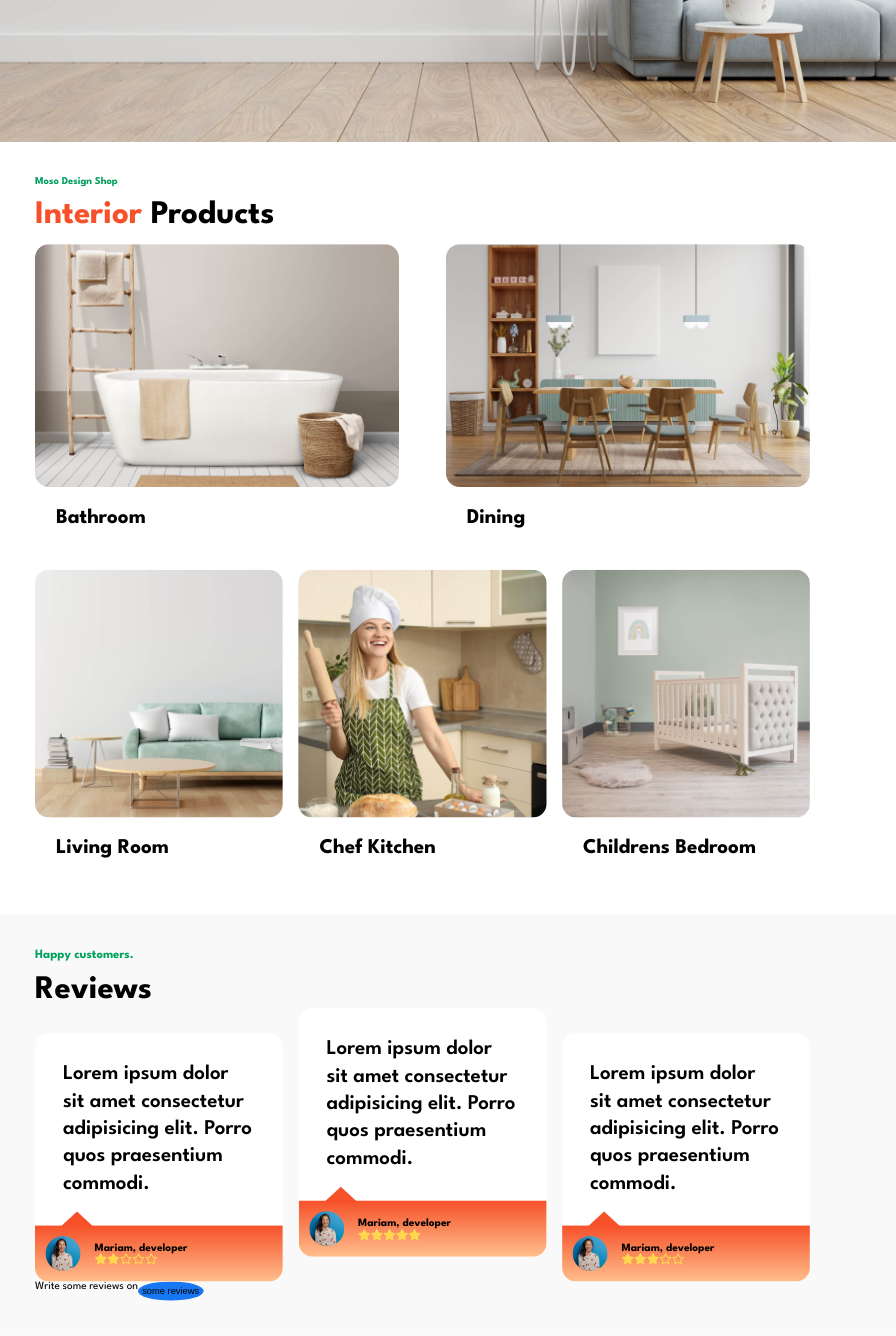
Repository: mariamnabil23/furniture
Page: index.html
These files come from the project's save history. The page is drawn as it stood at one moment and after the next save; the edit follows.
The browser window is 1280 px wide. The pictures show the part of the page from y = 1817 to 3737 px (the page is 3725 px tall before and 3737 px after), at 70% of full size.
Some web fonts or font styles are not loaded; a fallback is used.

Above is the page before, as saved 2024-10-31 10:07:43.

### index.html
<!DOCTYPE html>
<html lang="en">

<head>
    <meta charset="UTF-8">
    <meta name="viewport" content="width=device-width, initial-scale=1.0">
    <title>Furnture</title>

    <!-- font awesome -->
    <link rel="stylesheet" href="https://cdnjs.cloudflare.com/ajax/libs/font-awesome/6.0.0-beta3/css/all.min.css">

    <!-- google font -->
    <link rel="preconnect" href="https://fonts.googleapis.com">
    <link rel="preconnect" href="https://fonts.gstatic.com" crossorigin>
    <link
        href="https://fonts.googleapis.com/css2?family=Anton&family=DM+Sans:ital,opsz,wght@0,9..40,100..1000;1,9..40,100..1000&family=Inter:wght@100..900&family=Karla:ital,wght@0,200..800;1,200..800&family=League+Spartan:wght@100..900&family=Montserrat:ital,wght@0,100..900;1,100..900&family=Nunito:ital,wght@0,200..1000;1,200..1000&family=Playwrite+GB+S:ital,wght@0,100..400;1,100..400&family=Saira+Semi+Condensed:wght@100;200;300;400;500;600;700;800;900&family=Sorts+Mill+Goudy:ital@0;1&family=Tajawal:wght@200;300;400;500;700;800;900&family=Work+Sans:ital,wght@0,100..900;1,100..900&family=Yellowtail&family=Zen+Dots&display=swap"
        rel="stylesheet">


    <link rel="stylesheet" href="style.css">
</head>

<body>
    <div class="container">

        <!-- header section -->
        <section class="header">
            <div class="navbar">
                <div class="left">
                    <h2> <span class="y">Moso</span> Inter<span class="g">ior</span></h2>
                </div>
                <div class="right">
                    <ul>
                        <li><a href="#">Home</a></li>
                        <li><a href="#">About</a></li>
                        <li><a href="#">Shop</a></li>
                        <li><a href="#">Reviews</a></li>
                        <li><a href="#">Contact</a></li>
                    </ul>
                </div>
            </div>
        </section>

        <!-- home section -->
        <section class="home">
            <div class="content">
                <div class="top">
                    <h5>Welcome to Moso Interior</h5>
                    <i class="fas fa-home"></i>
                </div>
                <div class="middle">
                    <h1>Decorate a beautiful <br> interior for your space</h1>
                </div>
                <div class="bottom">
                    <div class="l">
                        <label>Product</label>
                        <input placeholder="bathroom, livin">
                    </div>
                    <div class="r">
                        <label>Product</label>
                        <input placeholder="bathroom, livin">
                    </div>
                    <div class="btn">
                        <button>Search</button>
                    </div>
                    <div class="down"><i class="fas fa-arrow"></i></div>
                </div>
            </div>
        </section>

        <!-- about section -->
        <section class="about">
            <div class="content">
                <div class="left">
                    <h5>Our Story</h5>
                    <h1>Introducing <span>Moso</span></h1>
                    <h2>Since 1986, We crafted <br> interior products for better <br> spaces</h2>
                    <p>Moso Interior is a free Bootstrap 5 HTML CSS template for your website. Tooplate is one of the
                        best websites to download 100% free HTML Templates for web designers and developers around the
                        world. Thank you for visiting.</p>
                </div>
                <div class="middle">
                    <img src="/images/about1.jpg">
                </div>
                <div class="right">
                    <img src="/images/about2.jpg">
                </div>
            </div>
        </section>

        <!-- open section -->
        <section class="open">
            <div class="content">
                <h1>Opening Hours</h1>
                <div class="box">
                    <i class="fa-regular fa-clock"></i>
                    <div class="hours">
                        <div><span class="day">Mon - Friday ~</span> <span class="clock">8:00 AM - 6:00 PM</span></div>
                        <div class="s"><span class="day">Saturday ~</span> <span class="clock">10:00 AM - 10:00 PM</span></div>
                        <div><span class="day">Sunday ~ Closed</span></div>
                    </div>
                </div>
            </div>
        </section>

        <!-- products section -->
        <section class="products">
            <div class="content">
                <div class="top">
                    <h5>Moso Design Shop</h5>
                    <h2> <span class="r">Interior</span> Products</h2>
                </div>
                <div class="box-two">
                    <div class="b1">
                        <img src="/images/p1.jpg" >
                        <h3>Bathroom</h3>
                    </div>
                    <div class="b2">
                        <img src="/images/p2.jpg" >
                        <h3>Dining</h3>
                    </div>
                </div>
                <div class="box-three">
                    <div class="b3">
                        <img src="/images/p3.jpg" >
                        <h3>Living Room</h3>
                    </div>
                    <div class="b4">
                        <img src="/images/p4.jpg" >
                        <h3>Chef Kitchen</h3>
                    </div>
                    <div class="b5">
                        <img src="/images/p5.jpg" >
                        <h3>Childrens Bedroom</h3>
                    </div>
                </div>
            </div>
        </section>

        <!-- reviews section -->
        <section class="reviews">
            <div class="content">
                <div class="top">
                    <h5>Happy customers.</h5>
                    <h2>Reviews</h2>
                </div>
                <div class="container">
                    <div class="box">
                        <h2>Lorem ipsum dolor sit amet consectetur adipisicing elit. Porro quos praesentium commodi.</h2>
                        <div class="btm">
                            <img src="/images/person1.jpg" >
                            <div class="rating">
                                <h4>Mariam, developer</h4>
                                <div class="stars">
                                    <i class="fa-solid fa-star"></i>
                                    <i class="fa-solid fa-star"></i>
                                    <i class="fa-regular fa-star"></i>
                                    <i class="fa-regular fa-star"></i>
                                    <i class="fa-regular fa-star"></i>
                                </div>
                            </div>
                        </div>
                    </div>
                    <div class="box">
                        <h2>Lorem ipsum dolor sit amet consectetur adipisicing elit. Porro quos praesentium commodi.</h2>
                        <div class="btm">
                            <img src="/images/person1.jpg" >
                            <div class="rating">
                                <h4>Mariam, developer</h4>
                                <div  class="stars">
                                    <i class="fa-solid fa-star"></i>
                                    <i class="fa-solid fa-star"></i>
                                    <i class="fa-solid fa-star"></i>
                                    <i class="fa-solid fa-star"></i>
                                    <i class="fa-solid fa-star"></i>
                                </div>
                            </div>
                        </div>
                    </div>
                    <div class="box">
                        <h2>Lorem ipsum dolor sit amet consectetur adipisicing elit. Porro quos praesentium commodi.</h2>
                        <div class="btm">
                            <img src="/images/person1.jpg" >
                            <div class="rating">
                                <h4>Mariam, developer</h4>
                                <div  class="stars">
                                    <i class="fa-solid fa-star"></i>
                                    <i class="fa-solid fa-star"></i>
                                    <i class="fa-solid fa-star"></i>
                                    <i class="fa-regular fa-star"></i>
                                    <i class="fa-regular fa-star"></i>
                                </div>
                            </div>
                    </div>
                    </div>
                </div>
                <div class="bottom">
                    <p>Write some reviews on</p>
                    <div class="cox-btn">
                        <button class="box-btn">
                            <p>some reviews </p>
                        </button>
                    </div>
                </div>
        </section>

    </div>
</body>

</html>

### style.css
@import url('https://fonts.googleapis.com/css2?family=Anton&family=DM+Sans:ital,opsz,wght@0,9..40,100..1000;1,9..40,100..1000&family=Inter:wght@100..900&family=Karla:ital,wght@0,200..800;1,200..800&family=League+Spartan:wght@100..900&family=Montserrat:ital,wght@0,100..900;1,100..900&family=Nunito:ital,wght@0,200..1000;1,200..1000&family=Playwrite+GB+S:ital,wght@0,100..400;1,100..400&family=Saira+Semi+Condensed:wght@100;200;300;400;500;600;700;800;900&family=Sorts+Mill+Goudy:ital@0;1&family=Tajawal:wght@200;300;400;500;700;800;900&family=Work+Sans:ital,wght@0,100..900;1,100..900&family=Yellowtail&family=Zen+Dots&display=swap');


* {
    box-sizing: border-box;
    padding: 0;
    margin: 0;
}

body {
    font-family: "League Spartan", sans-serif;
}

ul {
    list-style: none;
}

a {
    text-decoration: none;
}

.header {
    background-color: rgb(249, 251, 251);
    height: 70px;
    position: fixed;
    width: 100%;
}

.navbar {
    width: 90%;
    margin: auto;
}

.navbar .left {
    float: left;
    display: inline;
}

.navbar .left h2 {
    color: #f65129;
    font-size: 35px;
}

.navbar .left .y {
    color: #ffd74f;
}

.navbar .left .g {
    color: #00a05d;
}

.navbar .right {
    float: right;
    display: inline;
    width: 60%;
}

.navbar .right ul {
    display: flex;
    justify-content: space-between;

}

.navbar .right ul li a {
    color: #706f6f;
    font-size: 20px;
}

.navbar .right ul li a {
    background-color: #ffd74f;

}


/* home */
.home {
    width: 100%;
    height: 100vh;
    background-image: url("/images/home-bg-1.jpg");
    background-size: cover;
    display: flex;
    flex-direction: column;
    align-items: center;
    justify-content: center;
    align-items: center;
}

.home .content {
    display: flex;
    flex-direction: column;
    align-items: center;
    justify-content: center;
    align-items: center;
}

.home .top h5 {
    display: inline;
    color: #00a05d;
    font-size: 18px;
}

.home .top i {
    color: #f65129;
}

.home .middle h1 {
    color: white;
    font-size: 60px;
    margin: 20px 0;
    line-height: 1.2;
}

.home .bottom {
    background: white;
    border-radius: 15px;
    padding: 40px;
    display: flex;
}

.home .bottom .l,
.home .bottom .r {
    margin: auto;
}

.home .bottom .r,
.home .bottom .btn {
    padding-left: 10px;
}

.home .bottom button {
    background: #f65129;
    padding: 10px;
    color: white;
    border: none;
    border-radius: 5px;
}


/* about */

.about {}

.about .content {
    display: flex;
    justify-content: space-between;
    align-items: center;
    width: 90%;
    margin: 100px auto;
}

.about .left {
    width: 40%;
    height: 280px;
}

.about .left h5 {
    color: #00a05d;
    font-size: 18px;
}

.about .middle {
    width: 25%;
    height: 300px;
}

.about .middle img {
    width: 100%;
    height: 100%;
    object-fit: cover;
    border-radius: 100%;
}

.about .right {
    width: 30%;
    height: 380px;
}

.about .right img {
    width: 100%;
    height: 100%;
    object-fit: cover;
    border-radius: 100%;
}

.about .left h1,
h2 {
    color: #6c757d;
}

.about .left h1 {
    font-size: 50px;
    font-weight: 600;
}

.about .left h2 {
    font-size: 40px;
    font-weight: 500;
    margin: 20px 0;

}

.about .left span {
    color: black;
}

.about .left p {
    color: #717275;
    font-size: 16px;
    font-weight: 300;
    line-height: 1.5;
}

/* open */
.open {
    width: 100%;
    height: 100vh;
    background-image: url('/images/open-bg.jpg');
    background-size: cover;
    position: relative;

}

.open .content {
    background-color: #e9eaeb;
    border-top: 25px solid #f65129;
    border-radius: 20px;
    width: 35%;
    padding: 30px 50px;
    position: absolute;
    top: 50%;
    left: 30%;
    transform: translate(-50%, -50%);
}

.open h1 {
    font-size: 50px;
    font-weight: 600;
}

.open .box {
    display: flex;
    align-items: baseline;
    margin-top: 30px;
}

.open .box i {
    padding-right: 16px;
    font-size: 25px;
    color: #504f4f;
}

.open .box .day {
    color: #838383;
    font-size: 20px;
    font-weight: 400;
}

.open .box .clock {
    font-size: 20px;
    font-weight: 700;
    color: #4a4949;
}

.open .box .s {
    padding: 20px 0;
}


/* products */


.products {
    color: #00a05d;
    font-size: 18px;
    margin: 50px 0px 50px 50px;
}

.products .content {
    width: 90%;
}

.products .top {}

.products .top h2 {
    color: black;
    margin: 20px 0;
    font-size: 47px;
}

.products .top .r {
    color: #f65129;
}

.products .box-two,
.products .box-three {
    width: 100%;
    display: flex;
    justify-content: space-between;
}

.products .box-two .b1,
.products .box-two .b2 {
    width: 47%;
    border-radius: 20px;
    display: flex;
    flex-direction: column;
}

.products .box-two .b1 img,
.products .box-two .b2 img {
    object-fit: cover;
    width: 100%;
    height: 100%;
    border-radius: 20px;
}

.products .box-three {
    margin-top: 30px;
}

.products .box-three .b3,
.products .box-three .b4,
.products .box-three .b5 {
    width: 32%;
    border-radius: 20px;
    display: flex;
    flex-direction: column;
}

.products .box-three .b3 img,
.products .box-three .b4 img,
.products .box-three .b5 img {
    object-fit: cover;
    width: 100%;
    border-radius: 20px;
}

.products .box-two h3,
.products .box-three h3 {
    color: black;
    padding: 30px;
    font-size: 30px;
}

/* Reviews */
.reviews {
    padding: 50px 0px 50px 50px;
    background-color: #f9f9f9;
}

.reviews .content {
    width: 90%;
}

.reviews .top h5 {
    color: #00a05d;
    font-size: 18px;
}

.reviews .top h2 {
    color: black;
    margin: 20px 0;
    font-size: 47px;
}

.reviews .container {
    display: flex;
    justify-content: space-between;
    margin-top: 40px;
    position: relative;
}

.reviews .box {
    display: flex;
    flex-direction: column;
    width: 32%;
    background-color: white;
    border-radius: 20px;
    overflow: hidden;
}

.reviews .box:nth-child(2) {
    position: absolute;
    top: 40%;
    left: 50%;
    transform: translate(-50%, -50%);
}

.reviews .box h2 {
    color: black;
    font-size: 30px;
    font-weight: 600;
    line-height: 1.3;
    padding: 40px;
}

.reviews .box .btm {
    display: flex;
    align-items: center;
    padding-top: 20px;
    background: linear-gradient(180deg, rgba(246, 81, 41, 1) 0%, rgba(255, 190, 140, 1) 100%);
    padding: 15px;
    position: relative;
}

.reviews .box .btm::before {
    content: '';
    position: absolute;

    display: block;
    margin: auto;
    width: 0;
    height: 0;
    border-bottom: 22px solid rgba(246, 81, 41, 1);
    border-left: 24px solid transparent;
    border-right: 24px solid transparent;
    position: absolute;
    top: -20px;
    left: 36px;
}

.reviews .box .btm .rating {
    display: flex;
    flex-direction: column;
    padding-left: 20px;
}

.reviews .box .btm .stars {
    color: #ffd74f;
    display: flex;
}

.reviews img {
    width: 50px;
    height: 50px;
    border-radius: 50%;
    object-fit: cover;
}
.reviews .bottom,
.reviews .bottom .box-btn{
    display: flex;

}
.reviews .bottom .box-btn{
    background-color: #1877f2;
    padding: 6px;
    border-radius: 50%;
    border: none;
}

After the next save:
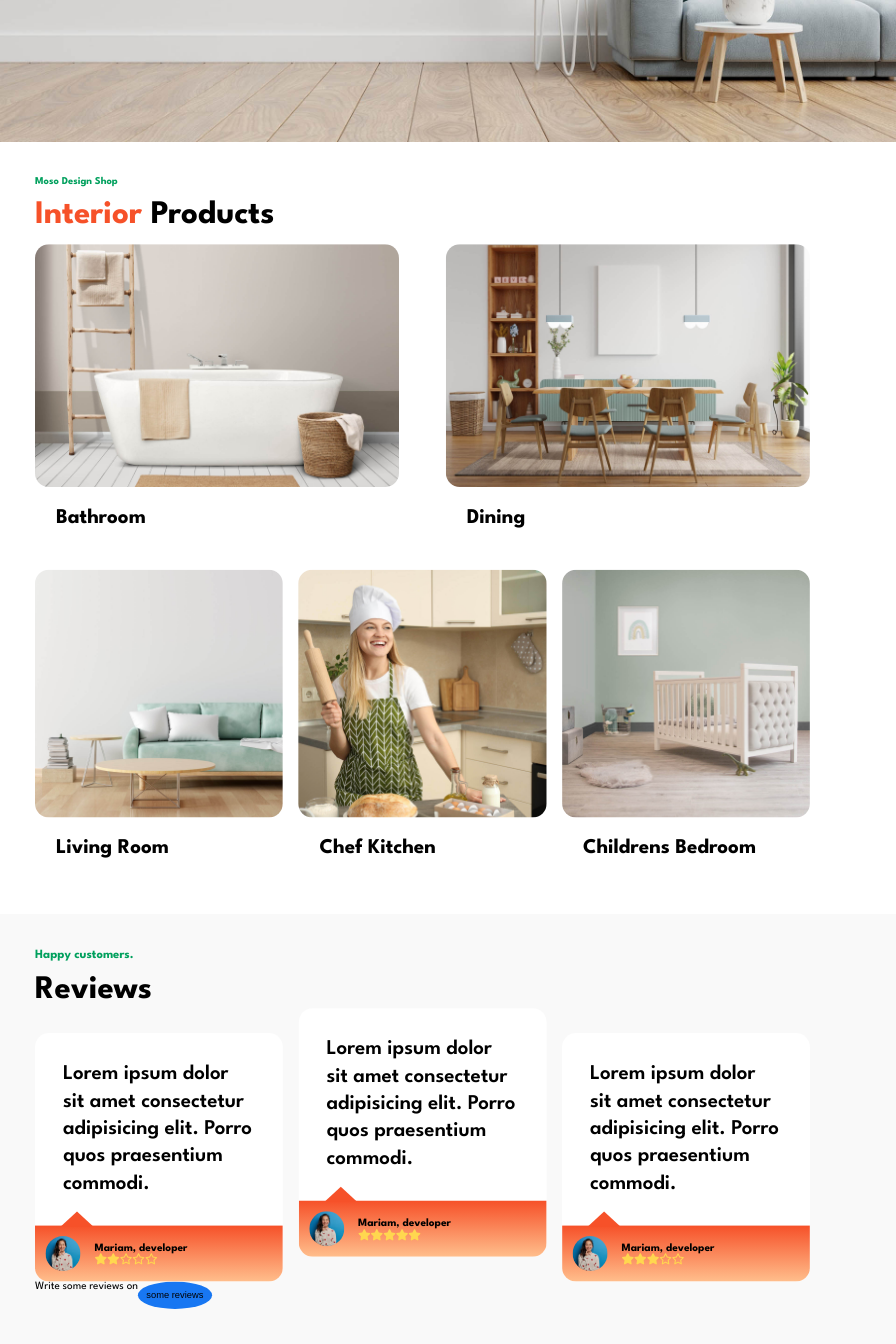
Saved 5 s later.
--- a/index.html
+++ b/index.html
@@ -196,7 +196,7 @@
                 </div>
                 <div class="bottom">
                     <p>Write some reviews on</p>
-                    <div class="cox-btn">
+                    <div class="box-btn">
                         <button class="box-btn">
                             <p>some reviews </p>
                         </button>
